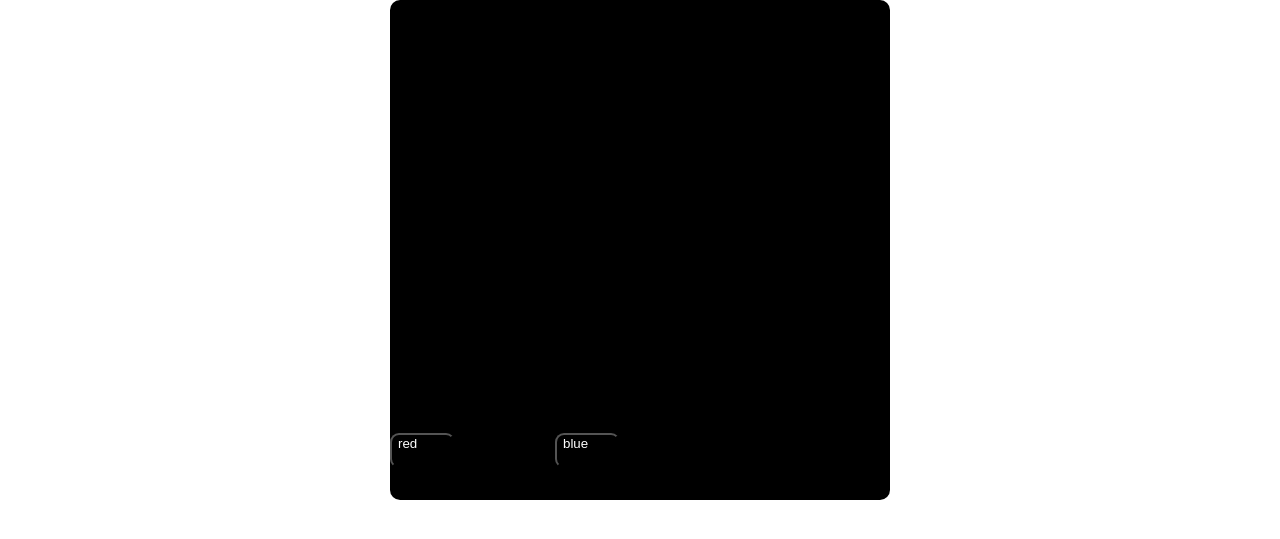
Repository: iliailia12/Individual-lessons
Page: Day 99/Classwork/index.html
These files come from the project's save history. The page is drawn as it stood at one moment and after the next save; the edit follows.
The browser window is 1280 px wide. The pictures show the whole page.

Above is the page before, as saved 2026-06-06 04:32:34.

After the next save:
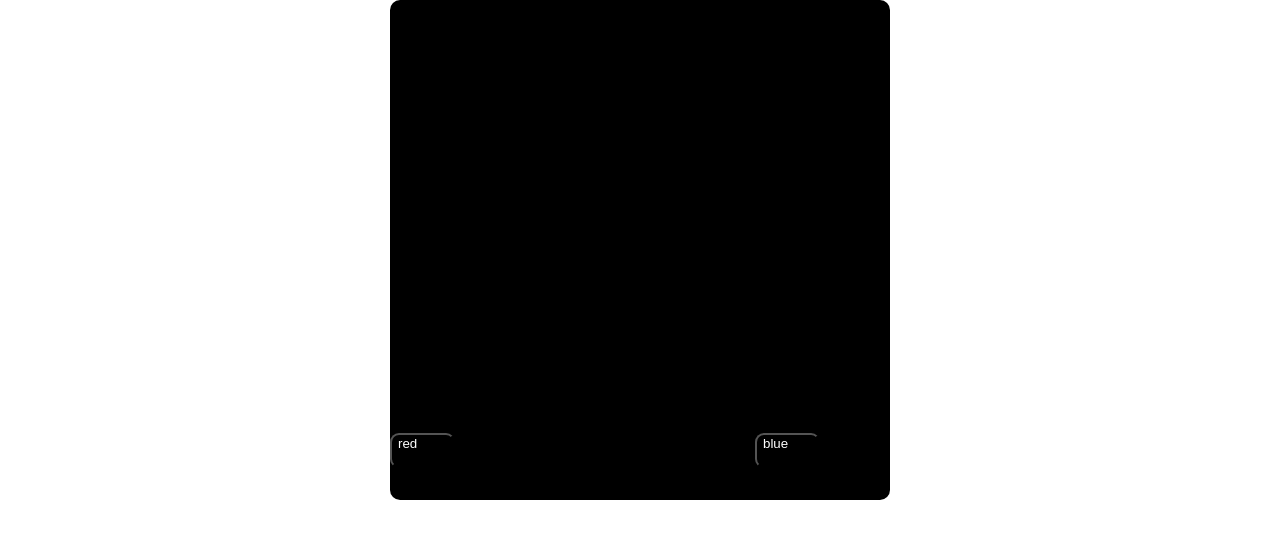
Saved 6 s later.
--- a/Day 99/Classwork/style.css
+++ b/Day 99/Classwork/style.css
@@ -16,7 +16,7 @@
     align-items: center;
     margin: 0 auto;
     border-radius: 10px;
-    gap: 100px;
+    gap: 300px;
 }
 
 button{
